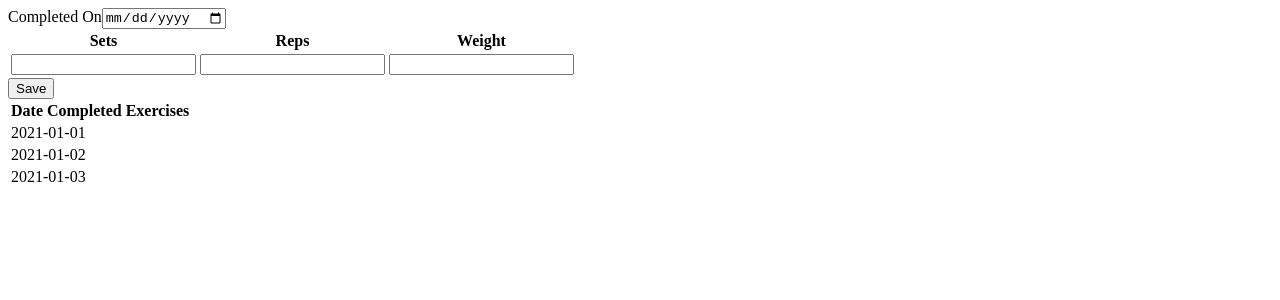
Repository: Kayla-amr/Exercise-Tracking-App
Page: / (app in exerciseTracking/)
The author's editor kept a copy of each file at every save. The page is drawn from the files as they stood at one save, then again after a run of saves.
The browser window is 1280 px wide. The pictures show the whole page.
The project was rebuilt for these pictures with package versions that can differ from the ones it lists, and the page was loaded fresh each time. Also part of the build but not shown: exerciseTracking/vite.config.ts, exerciseTracking/src/assets/main.css.

Above is the page before, as saved 2023-03-17 13:30:09.

### exerciseTracking/src/main.ts
import { createApp } from 'vue'
import App from './App.vue'

import './assets/main.css'

const app = createApp(App)

app.mount('#app')

### exerciseTracking/src/App.vue
<script setup>
import trackingForm from './components/trackingForm.vue'
import trackingHistory from './components/trackingHistory.vue'
</script>

<template>
    <div id="app">
        <tracking-form />
        <tracking-history :exercises="exercises" />

    </div>
</template>

<script>
export default{
    name: 'app',
    components: {
        trackingForm,
        trackingHistory
    },
    data() {
        return {
            exercises: [
              {
                id: 1,
                date: '2021-01-01',
                sets: '3',
                reps: '10',
                weight: '30'
              },
              {
                id: 2,
                date: '2021-01-02',
                sets: '3',
                reps: '10',
                weight: '30'
              },
              {
                id: 3,
                date: '2021-01-03',
                sets: '3',
                reps: '10',
                weight: '30'
              }
            ]
        }
    }
}
</script>

### exerciseTracking/src/components/trackingForm.vue
<template>
    <div id="tracking-form">
        <form @submit.prevent="handleSubmit">
            <label for="date">Completed On</label>
            <input type="date" v-model="date">
            <table>
                <thead>
                    <tr>
                        <th>Sets</th>
                        <th>Reps</th>
                        <th>Weight</th>
                    </tr>
                </thead>
                <tbody>
                    <tr>
                        <td><input type="text" v-model="sets"></td>
                        <td><input type="number" v-model="reps"></td>
                        <td><input type="number" v-model="weight"></td>
                    </tr>
                </tbody>
            </table>
            <button type="submit">Save</button>
        </form>
    </div>
</template>


<script>
export default {
    name: 'tracking-form',
    data() {
        return {
            exercises: {
                date: '',
                sets: '',
                reps: '',
                weight: ''
            }
        }
    }
}
</script>

### exerciseTracking/src/components/trackingHistory.vue
<template>
    <div id="tracking-history">
        <table>
            <thead>
                <tr>
                    <th>Date Completed</th>
                    <th>Exercises</th>
                </tr>
            </thead>
            <tbody>
                <tr v-for="exercise in exercises" :key="exercise.id">
                    <td>{{ exercise.date }}</td>
                    <td>{{ exercise.exercises }}</td>
                </tr>
            </tbody>
        </table>
    </div>
</template>

<script>
export default{
    name: 'tracking-history',
    props: {
        exercises: {
            type: Array
        }
    }
}
</script>

Loaded but not shown: exerciseTracking/index.html (common file)

After the next 2 saves:
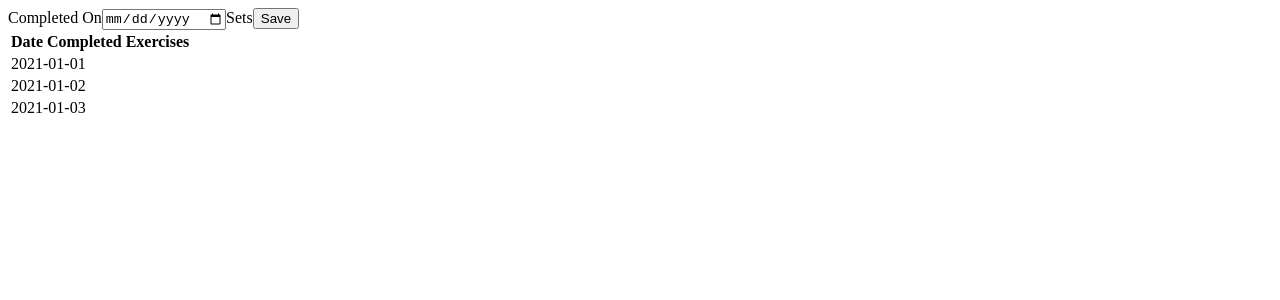
The 2 saves are shown as one change because they came seconds apart.
The last was saved 63 s later.
--- a/exerciseTracking/src/components/trackingForm.vue
+++ b/exerciseTracking/src/components/trackingForm.vue
@@ -3,22 +3,7 @@
         <form @submit.prevent="handleSubmit">
             <label for="date">Completed On</label>
             <input type="date" v-model="date">
-            <table>
-                <thead>
-                    <tr>
-                        <th>Sets</th>
-                        <th>Reps</th>
-                        <th>Weight</th>
-                    </tr>
-                </thead>
-                <tbody>
-                    <tr>
-                        <td><input type="text" v-model="sets"></td>
-                        <td><input type="number" v-model="reps"></td>
-                        <td><input type="number" v-model="weight"></td>
-                    </tr>
-                </tbody>
-            </table>
+            <label for="sets">Sets</label>
             <button type="submit">Save</button>
         </form>
     </div>
